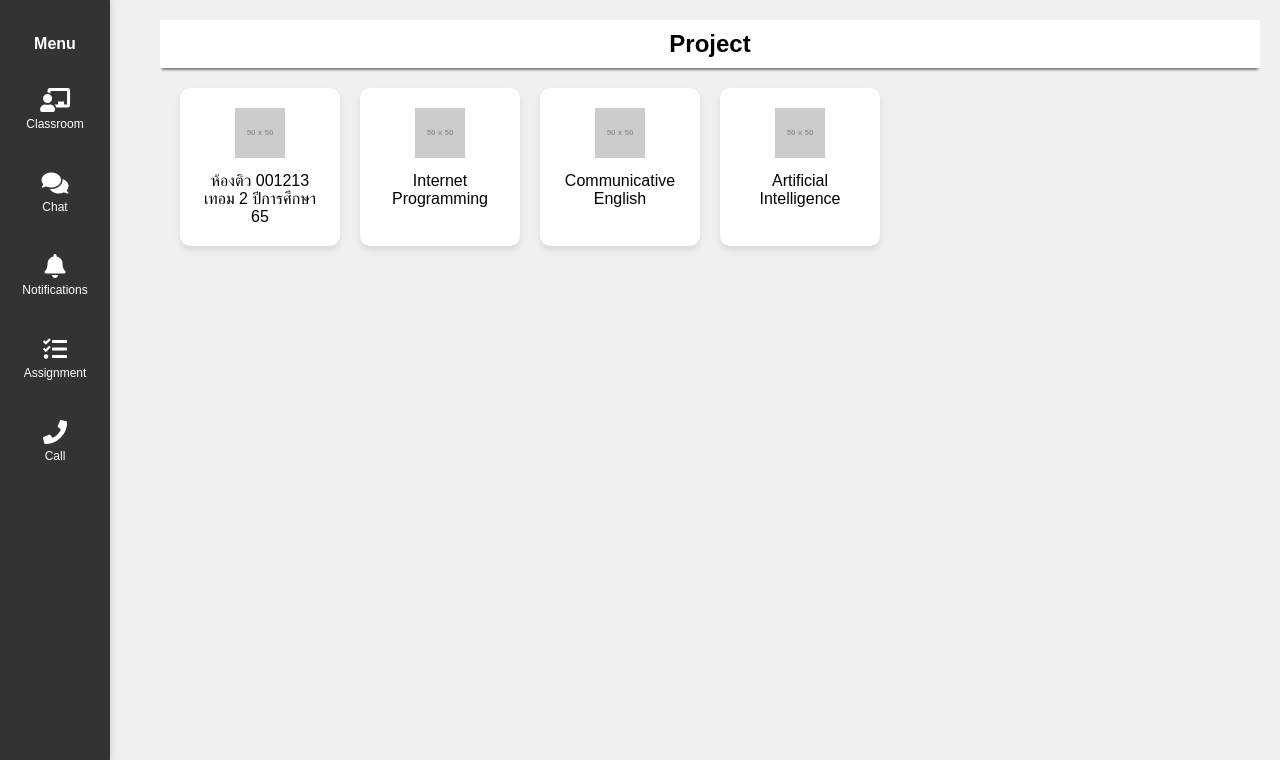
Repository: praifas16/ProPro
Page: docs/studenthead.html
An editor plug-in stored every save of this project. The page is shown before and after the next save, followed by the edit.
The browser window is 1280 px wide. The pictures show the whole page.

Above is the page before, as saved 2024-08-21 20:19:26.

After the next save:
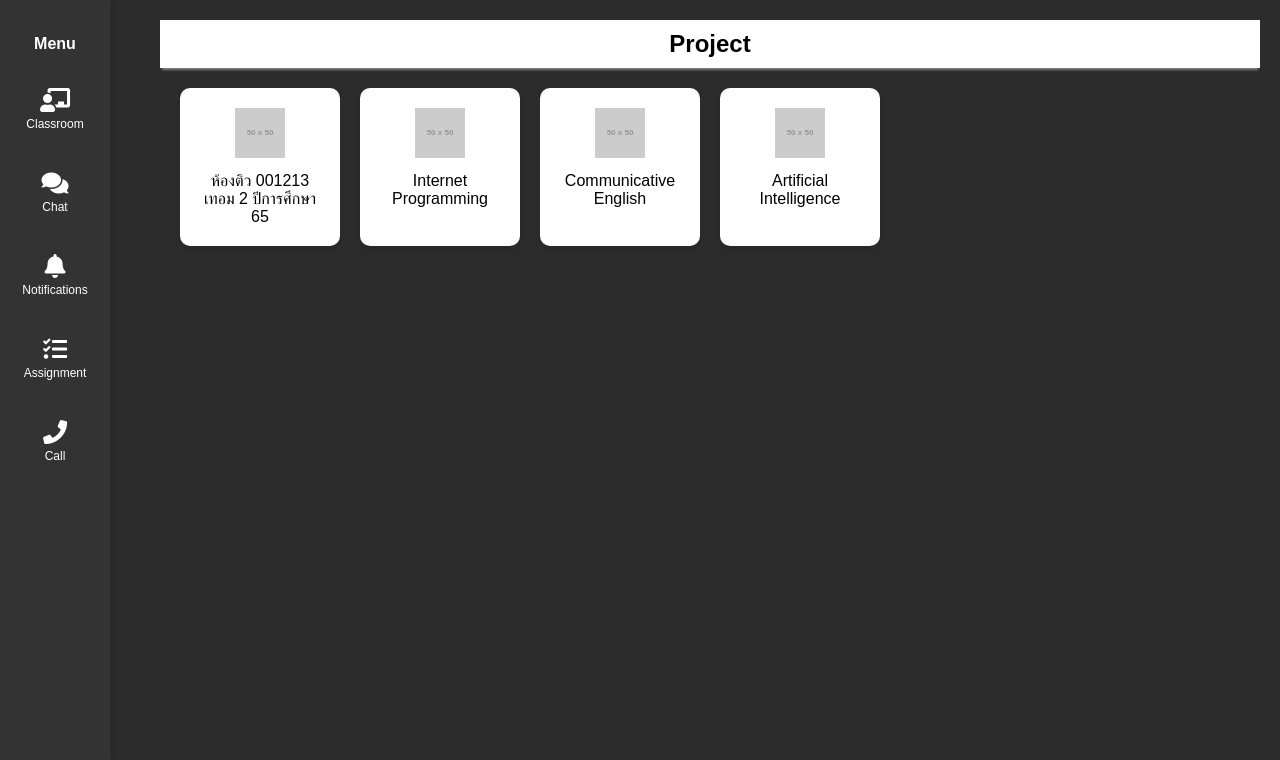
Saved 109 s later.
--- a/docs/studenthead.html
+++ b/docs/studenthead.html
@@ -10,7 +10,7 @@
         font-family: Arial, sans-serif;
         margin: 0;
         padding: 0;
-        background-color: #f0f0f0;
+        background-color: #2c2c2c;
         display: flex;
       }
 
